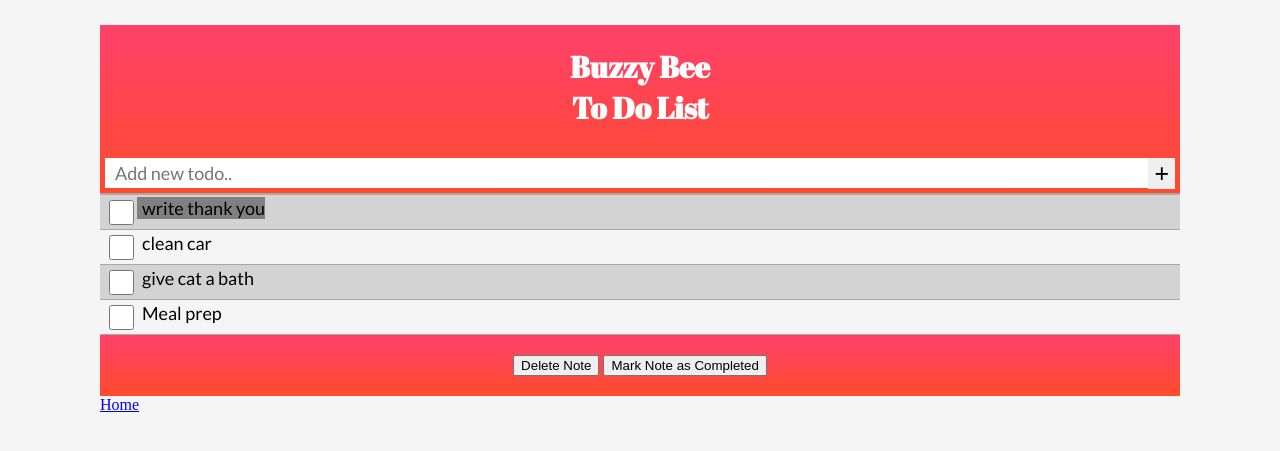
Repository: seleniadelgado/backend-spring2020-angie
Page: projects/todo/public_html/index.html
These files come from the project's save history. The page is drawn as it stood at one moment and after the next save; the edit follows.
The browser window is 1280 px wide. The pictures show the whole page.
The pointer rests on the first visible `.container`.
The page's requests for data from a server got no answer.

Above is the page before, as saved 2020-05-13 17:01:27.

After the next save:
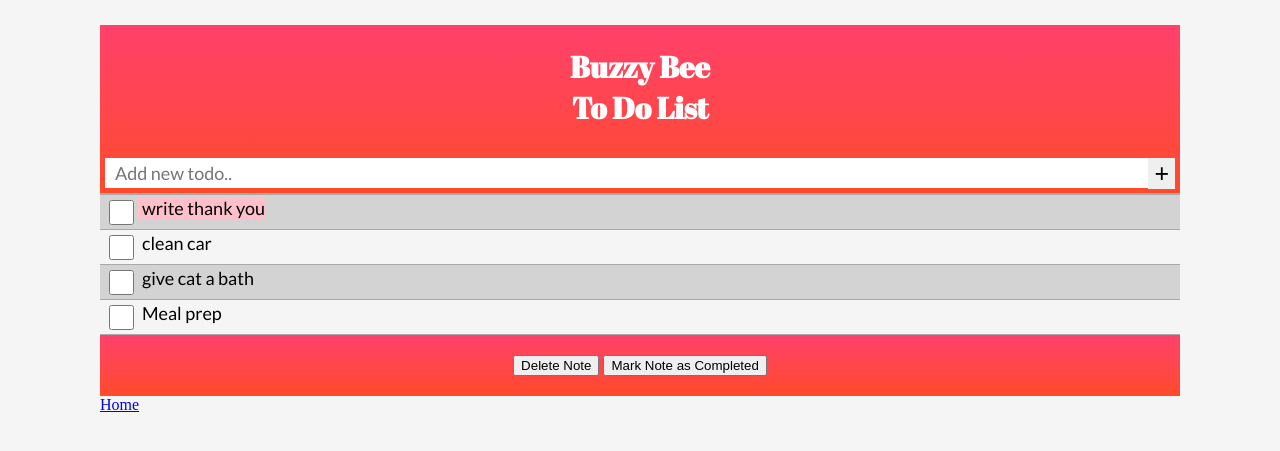
Saved 16 s later.
--- a/projects/todo/public_html/styles.css
+++ b/projects/todo/public_html/styles.css
@@ -87,7 +87,7 @@ body {
     user-select: none;
 }
 .container:hover input ~ .checkmark {
-    background-color: gray;
+    background-color: pink;
 
   }
 /* When the checkbox is checked, add a blue background */
